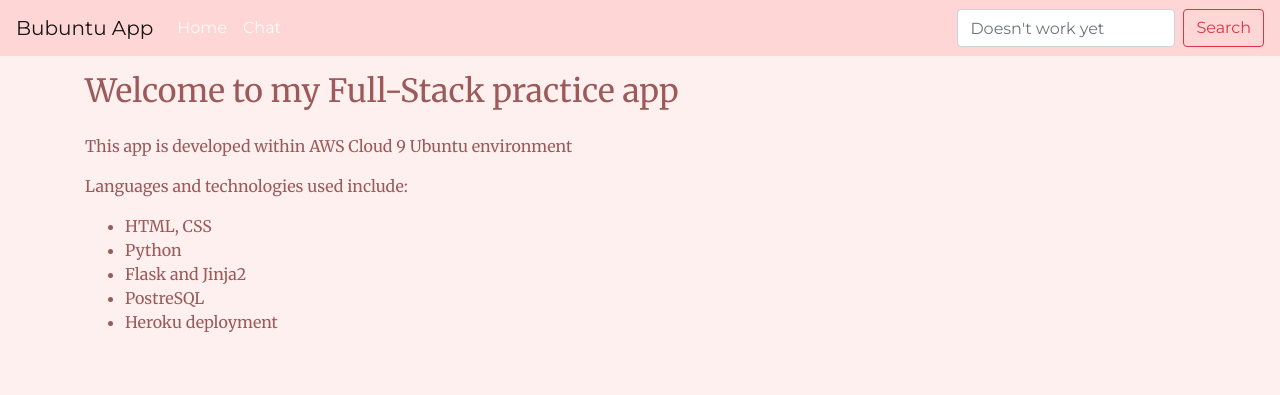
Repository: TanglingTreats/bubuntu-app
Page: templates/index.html
The author's editor kept a record of every edit. The page is drawn from the files as they stood at one moment, then again after the next edit.
The browser window is 1280 px wide. The pictures show the whole page.
The template is drawn by Flask 3. The application's start-up code is not run. Other server files are loaded and not shown. The template is opened directly, without the code that normally fills it, so the values that code supplies are empty.

Above is the page before.

### templates/index.html
{%extends 'layout.html'%}
{%block title%}Hello~{%endblock%}
{%block heading%}Welcome to my Full-Stack practice app{%endblock%}
{%block content%}
<div class="row d-flex">
  <div class="col-sm-6">
    <p>This app is developed within AWS Cloud 9 Ubuntu environment</p>
  </div>
</div>
<div class="row d-flex">
  <div class="col-sm-6">
    <p>Languages and technologies used include:</p>
    <ul>
      <li>HTML, CSS</li>
      <li>Python</li>
      <li>Flask and Jinja2</li>
      <li>PostreSQL</li>
      <li>Heroku deployment</li>
    </ul>
  </div>
</div>
{%endblock%}

### templates/layout.html
<!doctype html>
<html lang="en">
  <head>
    <!-- Required meta tags -->
    <meta charset="utf-8">
    <meta name="viewport" content="width=device-width, initial-scale=1, shrink-to-fit=no">

    <!-- Bootstrap CSS -->
    <link rel="stylesheet" href="https://stackpath.bootstrapcdn.com/bootstrap/4.3.1/css/bootstrap.min.css" integrity="sha384-ggOyR0iXCbMQv3Xipma34MD+dH/1fQ784/j6cY/iJTQUOhcWr7x9JvoRxT2MZw1T" crossorigin="anonymous">
    <link rel="stylesheet" href="static/css/style.css" type="text/css" />

    <!--Favicon-->
    <link rel="shortcut icon" href="static/img/favicon/favicon.ico" type="image/x-icon">
    <link rel="icon" href="static/img/favicon/favicon.ico" type="image/x-icon">


    <title>{%block title%}{%endblock%}</title>
  </head>
  <body>
    <nav id="mainNavbar" class="navbar navbar-expand-md navbar-light">
      <a class="navbar-brand" href="/">Bubuntu App</a>
      <button class="navbar-toggler" type="button" data-toggle="collapse" data-target="#navbarSupportedContent" aria-controls="navbarSupportedContent" aria-expanded="false" aria-label="Toggle navigation">
        <span class="navbar-toggler-icon"></span>
      </button>

      <div class="collapse navbar-collapse" id="navbarSupportedContent">
        <ul class="navbar-nav mr-auto">
          <li class="nav-item">
            <a class="nav-link" href="/">Home</a>
          </li>
          <li class="nav-item">
            <a class="nav-link" href="/messages">Chat</a>
          </li>
        </ul>
        <form class="form-inline my-2 my-lg-0">
          <input class="form-control mr-sm-2" type="search" placeholder="Doesn't work yet" aria-label="Search">
          <button class="btn btn-outline-danger my-2 my-sm-0" type="submit">Search</button>
        </form>
      </div>
    </nav>

    <div class="container">
        <h2 id="header" class="mt-3 mb-4">{%block heading%}{%endblock%}</h2>
        {%block content%}{%endblock%}
    </div>



    <!-- Optional JavaScript -->
    <!-- jQuery first, then Popper.js, then Bootstrap JS -->
    <script src="https://code.jquery.com/jquery-3.3.1.slim.min.js" integrity="sha384-q8i/X+965DzO0rT7abK41JStQIAqVgRVzpbzo5smXKp4YfRvH+8abtTE1Pi6jizo" crossorigin="anonymous"></script>
    <script src="https://cdnjs.cloudflare.com/ajax/libs/popper.js/1.14.7/umd/popper.min.js" integrity="sha384-UO2eT0CpHqdSJQ6hJty5KVphtPhzWj9WO1clHTMGa3JDZwrnQq4sF86dIHNDz0W1" crossorigin="anonymous"></script>
    <script src="https://stackpath.bootstrapcdn.com/bootstrap/4.3.1/js/bootstrap.min.js" integrity="sha384-JjSmVgyd0p3pXB1rRibZUAYoIIy6OrQ6VrjIEaFf/nJGzIxFDsf4x0xIM+B07jRM" crossorigin="anonymous"></script>
    <script src="https://code.jquery.com/jquery-3.4.1.min.js"
      integrity="sha256-CSXorXvZcTkaix6Yvo6HppcZGetbYMGWSFlBw8HfCJo="
      crossorigin="anonymous"></script>
    <script src="static/js/script.js"></script>
  </body>
</html>

### static/css/style.css
@import url('https://fonts.googleapis.com/css?family=Merriweather|Montserrat:400,500&display=swap');

body {
    font-family: "Merriweather";
    color: #9c5a5a;
    background: #fff0f0;
}

#mainNavbar{
    font-family: "Montserrat";
    background: #ffd6d6;
}

#mainNavbar .nav-link {
    color: #fffafa;
}

#mainNavbar .nav-link:hover {
    color: #570d0e;
}

#mainNavbar .active>.nav-link {
    color: #9c2426;
}

button {
    font-family: "Montserrat";
}

### static/js/script.js
var links = document.getElementsByClassName("nav-link");
var path = window.location.pathname;

console.log(path);

for(let i = 0; i < links.length; i++) {
    console.log("In for loop");
    console.log(links[i].getAttribute("href"));
    if(links[i].getAttribute("href") === path ) {
        console.log("In If")
        links[i].parentElement.classList.add("active");
    }
}

After the next edit:
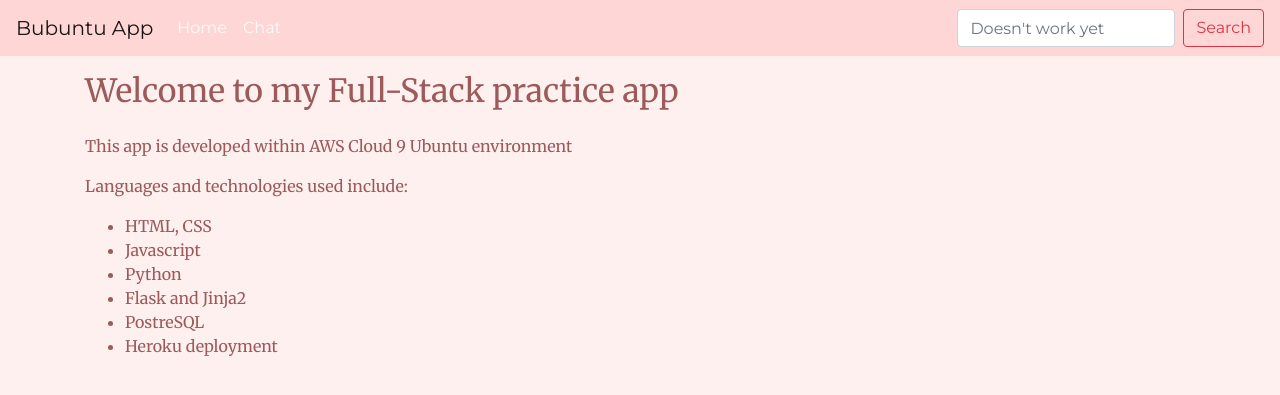
The edit:
--- a/templates/index.html
+++ b/templates/index.html
@@ -12,6 +12,7 @@
     <p>Languages and technologies used include:</p>
     <ul>
       <li>HTML, CSS</li>
+      <li>Javascript</li>
       <li>Python</li>
       <li>Flask and Jinja2</li>
       <li>PostreSQL</li>
